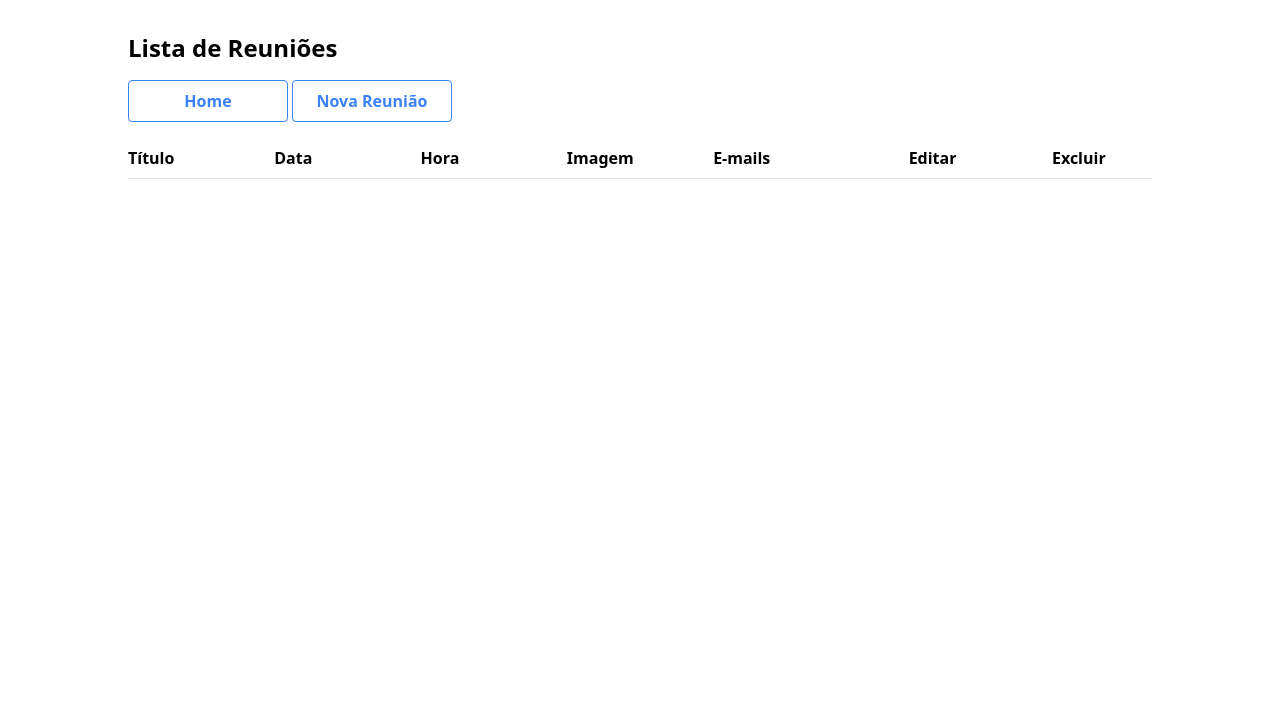
Repository: TamiBeira/meeting
Page: /meetings
These files come from the project's save history. The page is drawn as it stood at one moment and after the next save; the edit follows.
The browser window is 1280 px wide. The pictures show the whole page.
The project was rebuilt for these pictures with package versions that can differ from the ones it lists, and the page was loaded fresh each time. Also part of the build but not shown: vite.config.ts, src/contexts/FormContext.tsx, src/components/Form.tsx, src/components/HomePage.tsx.

Above is the page before, as saved 2024-02-27 00:10:29.

After the next save:
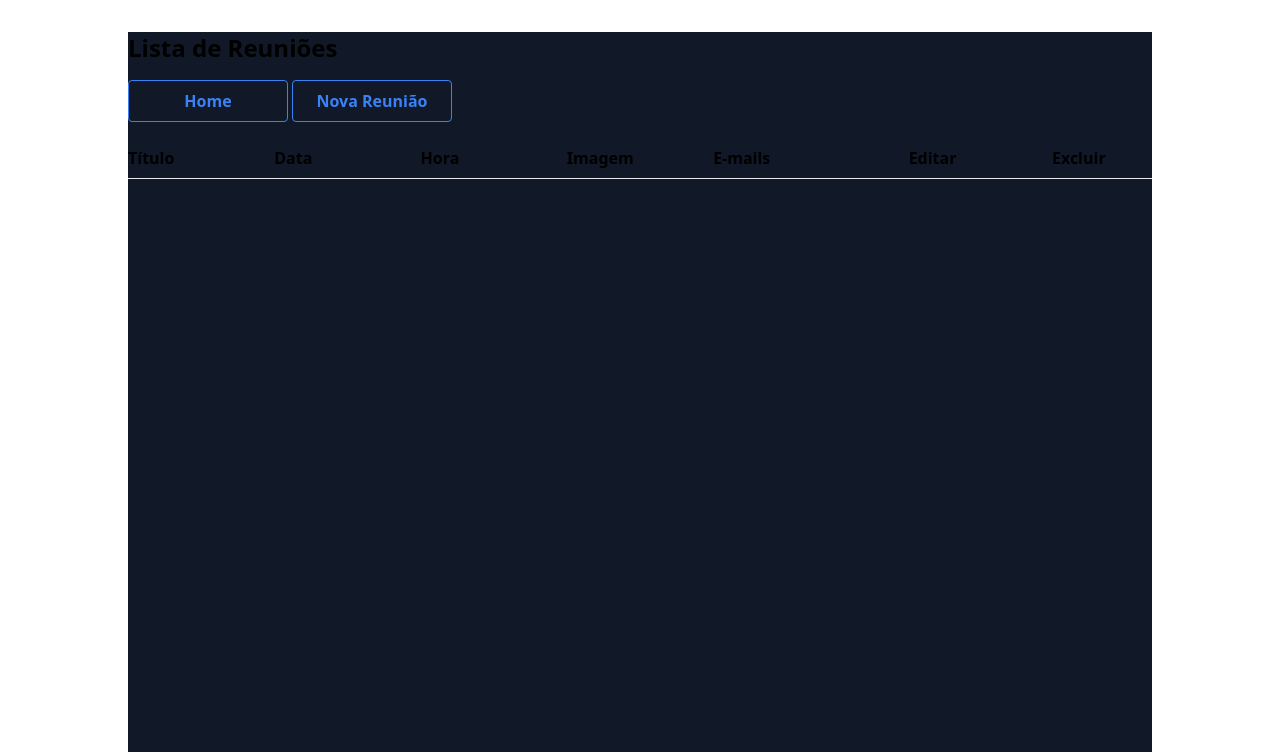
Saved 77 s later.
--- a/src/components/MeetingsView.tsx
+++ b/src/components/MeetingsView.tsx
@@ -28,7 +28,7 @@ export const MeetingsView: React.FC = () => {
   };
 
   return (
-    <div className="max-w-5xl mx-auto mt-8">
+    <div className="max-w-5xl mx-auto mt-8 bg-gray-900 w-full h-screen">
       <h2 className="text-2xl font-bold mb-4">Lista de Reuniões</h2>
       <div className="mt-4 mb-4">
         <Link to="/" className="w-40 mr-1 inline-block text-center border border-solid border-blue-500 text-blue-500 font-bold px-4 py-2 rounded">Home</Link>
